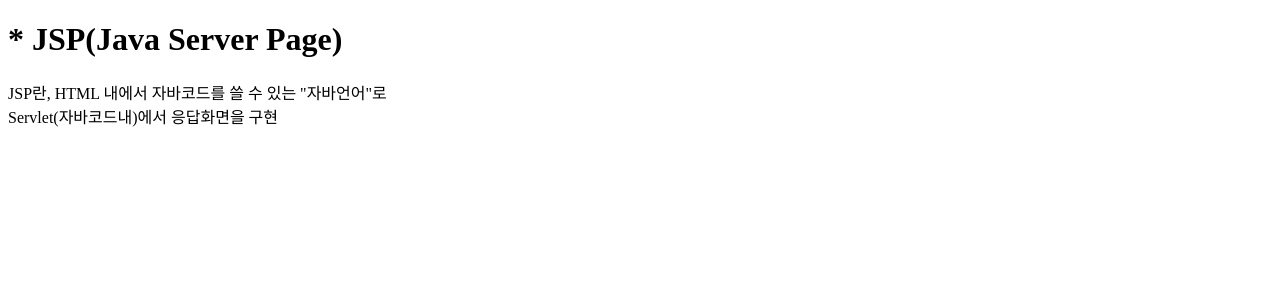
Repository: 1400CP/05_server-workspace1
Page: 2_JSP/WebContent/index.html
These files come from the project's save history. The page is drawn as it stood at one moment and after the next save; the edit follows.
The browser window is 1280 px wide. The pictures show the whole page.

Above is the page before, as saved 2025-02-14 06:33:31.

### 2_JSP/WebContent/index.html
<!DOCTYPE html>
<html>
<head>
<meta charset="UTF-8">
<title>Insert title here</title>
</head>
<body>

	<h1>* JSP(Java Server Page)</h1>

	<p>
		JSP란, HTML 내에서 자바코드를 쓸 수 있는 "자바언어"로 <br>
		Servlet(자바코드내)에서 응답화면을 구현
	</p>



</body>
</html>

After the next save:
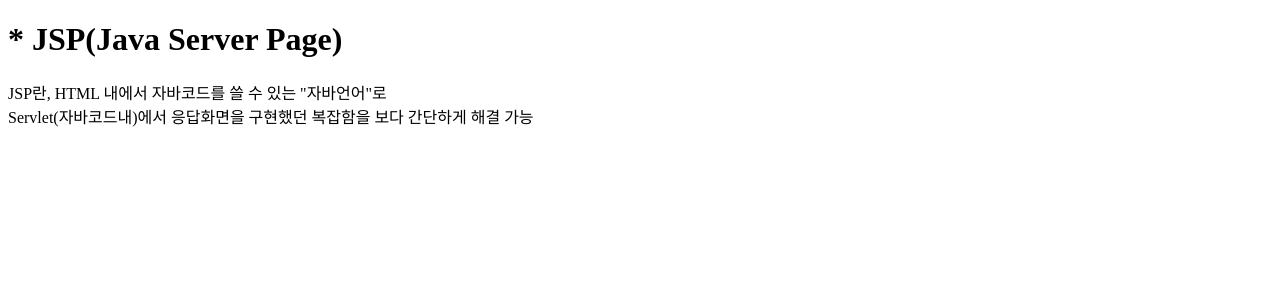
Saved 13 s later.
--- a/2_JSP/WebContent/index.html
+++ b/2_JSP/WebContent/index.html
@@ -10,7 +10,8 @@
 
 	<p>
 		JSP란, HTML 내에서 자바코드를 쓸 수 있는 "자바언어"로 <br>
-		Servlet(자바코드내)에서 응답화면을 구현
+		Servlet(자바코드내)에서 응답화면을 구현했던 복잡함을 보다 간단하게 해결 가능 <br>
+
 	</p>
 
 
